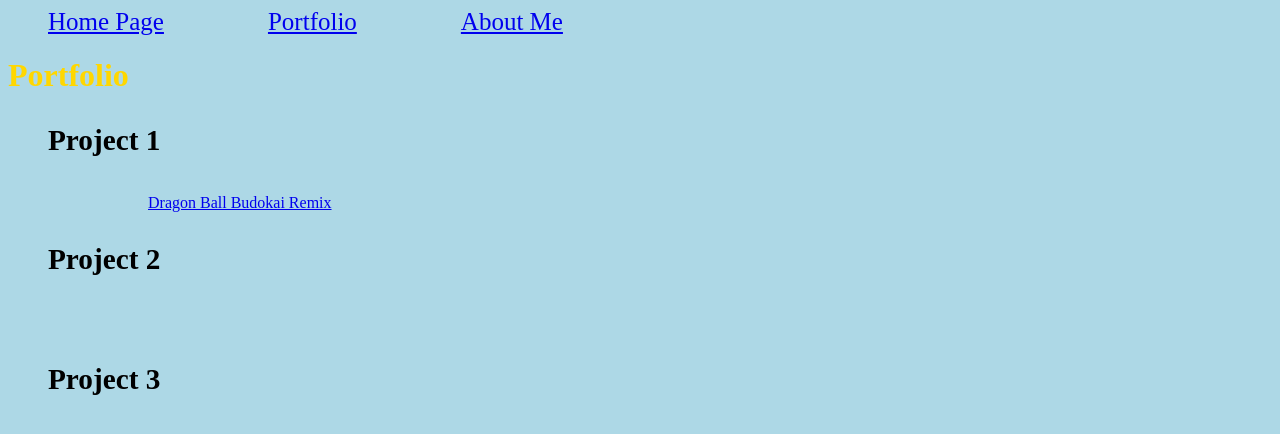
Repository: KevinAbr/KevinAbr.github.io
Page: portfolio.html
The author's editor kept a record of every edit. The page is drawn from the files as they stood at one moment, then again after the next edit.
The browser window is 1280 px wide. The pictures show the whole page.

Above is the page before.

### portfolio.html
<html>
    <head>
       <title>Portfolio</title>
            <style>
            body {background-color: black;}
        li {display: inline; padding-right: 100px;}
        li {color:black; font-size: 25px;}
            body {
                color:gold;
        }

            body {
            background:lightblue;

        }
        </style>
    </head>

    <body>
        <ul>
          <li><a href="index.html">Home Page</a></li>
          <li><a href="portfolio.html">Portfolio</a></li>
          <li><a href="about.html">About Me</a></li>
        </ul>
    <h1>Portfolio</h1>
    <ul>

        <li><h3>Project 1</h3></li>
        <a href="https://scratch.mit.edu/projects/328533615"> Dragon Ball Budokai Remix</a>
       <li><h3>Project 2</h3></li>

       <li><h3>Project 3</h3></li>

    </ul>
    </body>

</html>

After the next edit:
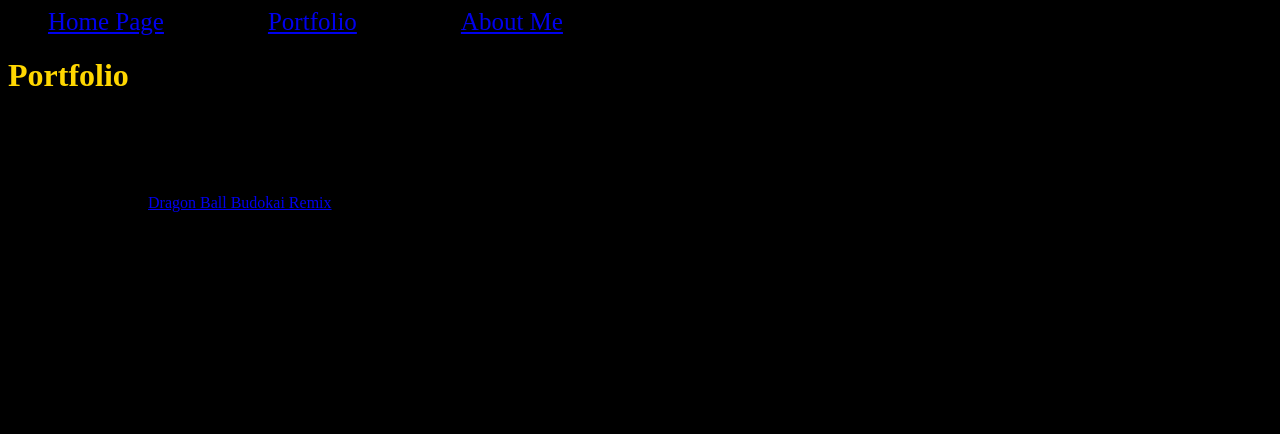
The edit:
--- a/portfolio.html
+++ b/portfolio.html
@@ -10,7 +10,7 @@
         }
 
             body {
-            background:lightblue;
+            background:black;
 
         }
         </style>
